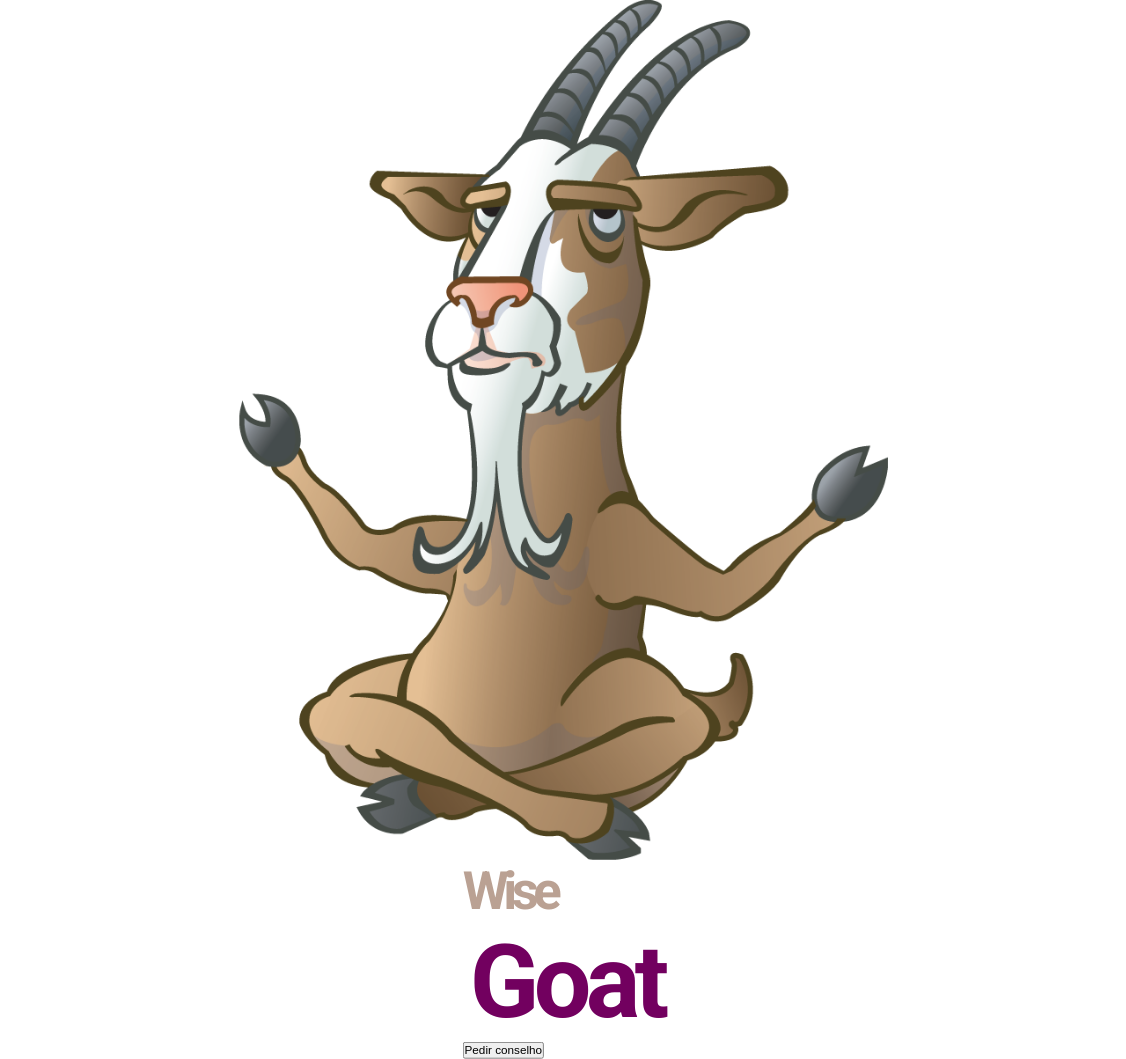
Repository: RickHub2002/Wise-Goat
Page: index.html
An editor plug-in stored every save of this project. The page is shown before and after the next save, followed by the edit.
The browser window is 1280 px wide. The pictures show the whole page, at 88% of full size.
The style sheet was rebuilt from its Sass, Less or Tailwind sources for each picture, by a compiler version that may differ from the author's.

Above is the page before, as saved 2025-01-16 13:38:28.

After the next save:
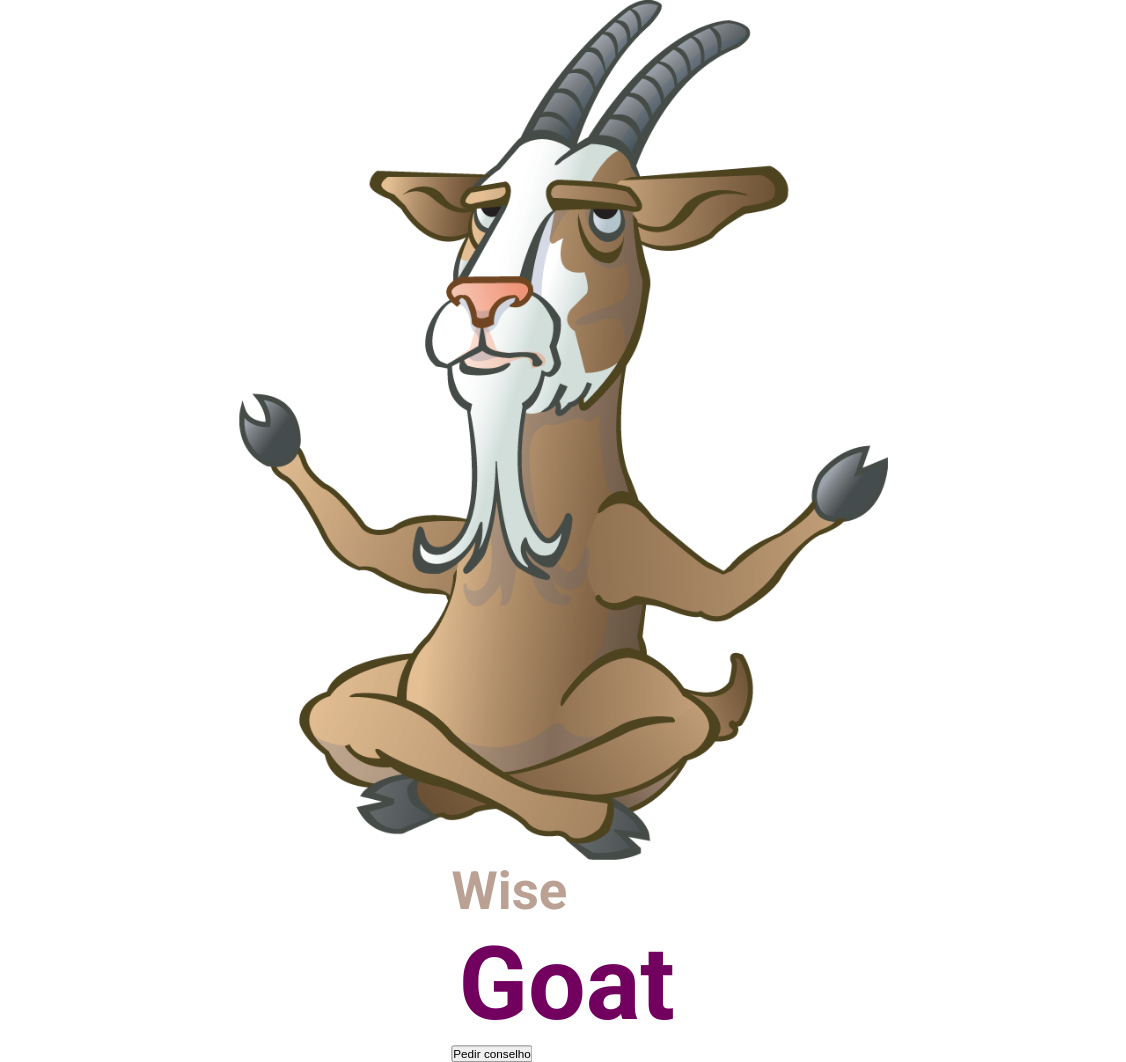
Saved 59 s later.
--- a/sass/main.sass
+++ b/sass/main.sass
@@ -23,7 +23,7 @@
 
             font-size: 3.75rem
 
-            letter-spacing: -0.4rem
+            line-height: 1.2
 
             span
                 display: block
